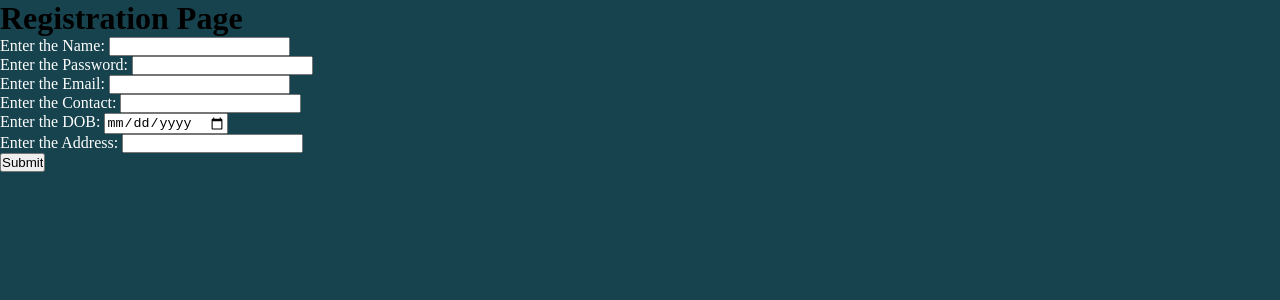
Repository: Pradeep4802/utopiatech
Page: eclipse-workspace/OwnServlet/src/main/webapp/Home.html
An editor plug-in stored every save of this project. The page is shown before and after the next save, followed by the edit.
The browser window is 1280 px wide. The pictures show the whole page.

Above is the page before, as saved 2023-10-09 09:56:57.

### eclipse-workspace/OwnServlet/src/main/webapp/Home.html
<!DOCTYPE html>
<html>
<head>
<meta charset="UTF-8">
<title>Form</title>
<style>
	* {
		margin: 0;
		padding: 0;
		box-sizing : border-box;
	}

	body {
		background: rgb(23,67,78);
	}

	label {
		color: white;
	}
</style>
</head>
<body>
	<div>
		<h1>Registration Page</h1>
		<form action="" method="get">

			<label for="user_name">Enter the Name: <input type="text"
				name="user_name" /></label><br>
			<label for="user_pass">Enter the Password: <input type="password"
				name="user_pass" /></label><br>
			<label for="user_email">Enter the Email: <input type="email"
				name="user_email" /></label><br>
			<label for="user_contact">Enter the Contact: <input type="number"
				name="user_contact" /></label><br>
			<label for="user_dob">Enter the DOB: <input type="date"
				name="user_dob" /></label><br>
			<label for="user_address">Enter the Address: <input type="text"
				name="user_address" /></label>
				<br>
			<input type="submit" value="Submit" />

		</form>
	</div>
</body>
</html>

After the next save:
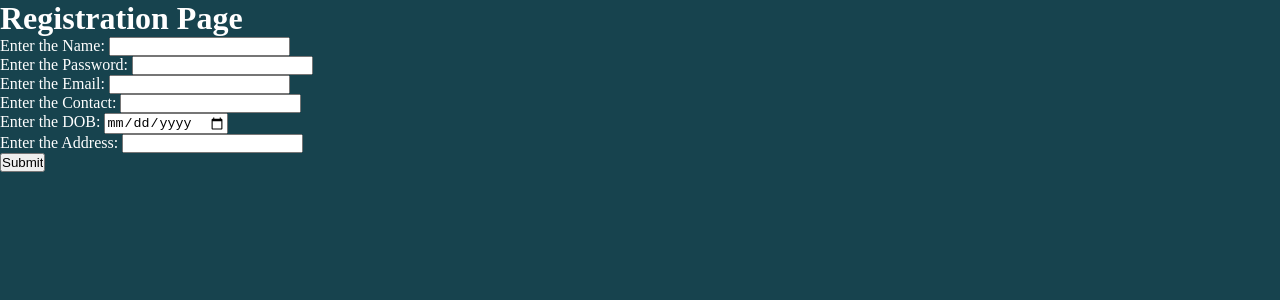
Saved 38 s later.
--- a/eclipse-workspace/OwnServlet/src/main/webapp/Home.html
+++ b/eclipse-workspace/OwnServlet/src/main/webapp/Home.html
@@ -14,13 +14,19 @@
 		background: rgb(23,67,78);
 	}
 
+	.container h1 {
+		color: white;
+	}
+
 	label {
 		color: white;
 	}
+
+
 </style>
 </head>
 <body>
-	<div>
+	<div class="container">
 		<h1>Registration Page</h1>
 		<form action="" method="get">
 
